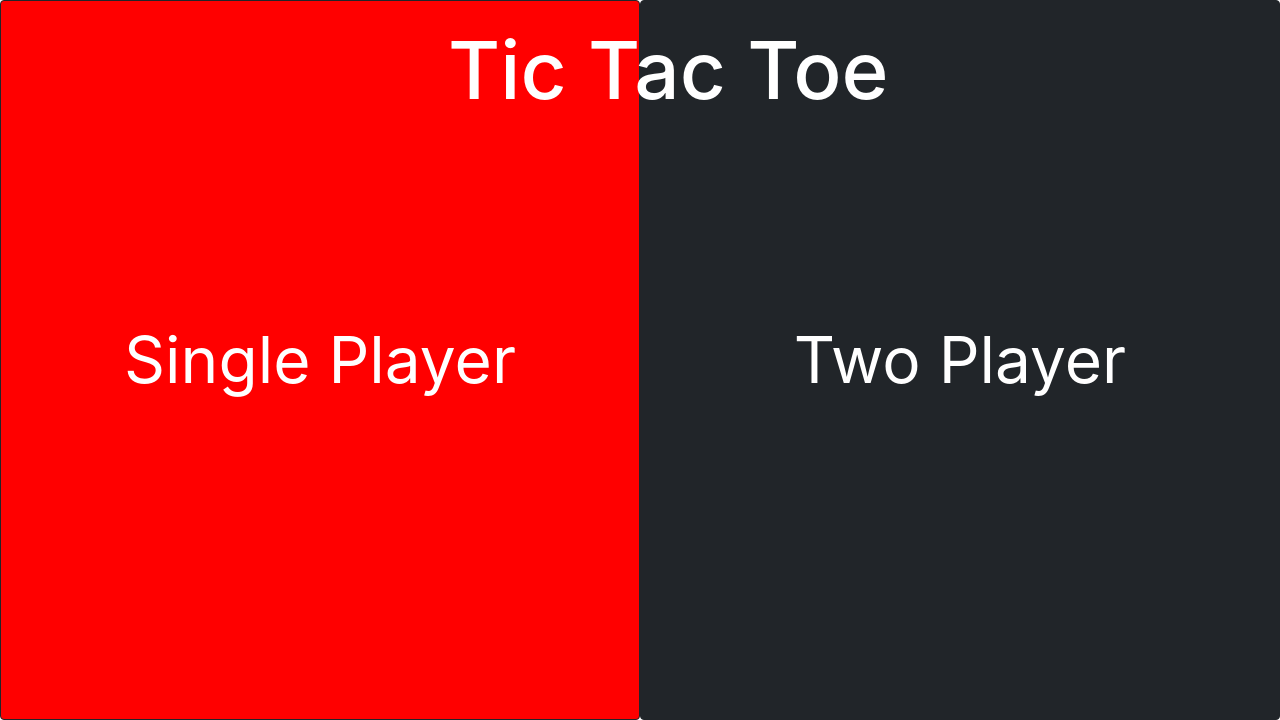
Repository: napan24/tic-tac-toe
Page: /
These files come from the project's save history. The page is drawn as it stood at one moment and after the next save; the edit follows.
The browser window is 1280 px wide. The pictures show the whole page.
The project was rebuilt for these pictures with package versions that can differ from the ones it lists, and the page was loaded fresh each time. Also part of the build but not shown: src/App.css, src/tik.css, src/App.js, src/Vscomp.js.

Above is the page before, as saved 2022-06-16 18:07:20.

After the next save:
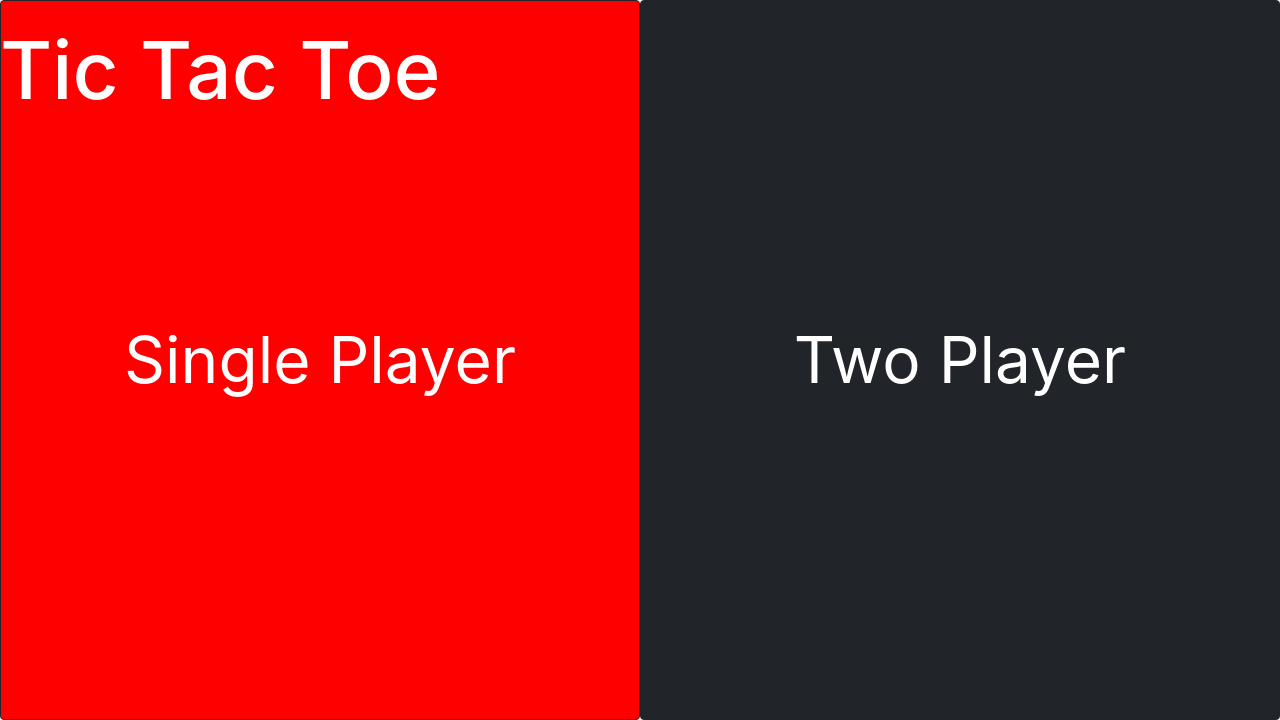
Saved 7 s later.
--- a/src/Home.js
+++ b/src/Home.js
@@ -3,7 +3,7 @@ import "./home.css"
 export default function () {
   return (
     <>
-        <h5 id="title" style={{fontSize:"5rem",position:"absolute",left:"35vw",color:"white",top:"3vh"}}>
+        <h5 id="title" style={{fontSize:"5rem",position:"absolute",color:"white",top:"3vh"}}>
             Tic Tac Toe
         </h5>
         <button type="button" class="btn btn-dark" style={{width:"50vw",height:"100vh",backgroundColor:"red",fontSize:"4rem"}}>
